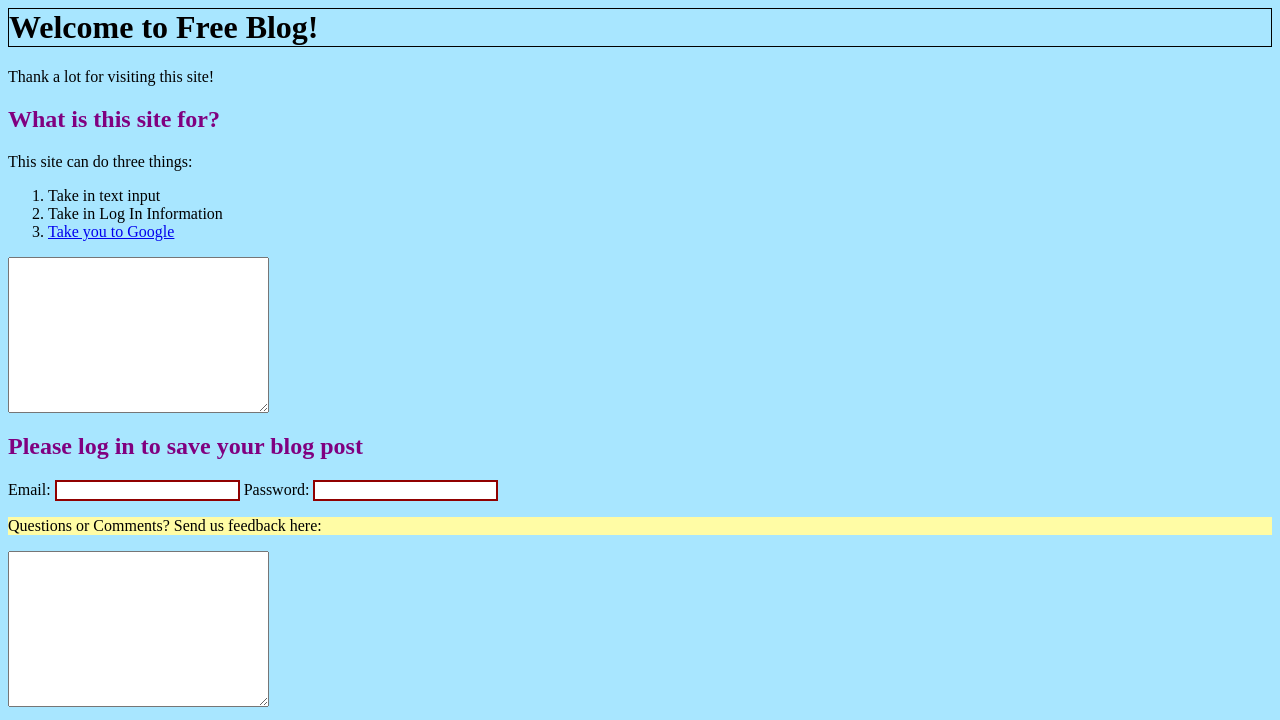
Repository: MonwarAdeeb/Bista_Solutions
Page: HTML & CSS/CSS/Level One/05. Assessment.html
An editor plug-in stored every save of this project. The page is shown before and after the next save, followed by the edit.
The browser window is 1280 px wide. The pictures show the whole page.

Above is the page before, as saved 2021-05-19 21:46:40.

### HTML & CSS/CSS/Level One/05. Assessment.html
<html lang="en">
<head>
    <meta charset="UTF-8">
    <meta http-equiv="X-UA-Compatible" content="IE=edge">
    <meta name="viewport" content="width=device-width, initial-scale=1.0">
    <title>Assessment</title>
    <link rel="stylesheet" href="05. Assessment.css">
</head>
<body>
    <h1>Welcome to Free Blog!</h1>

    <p>Thank a lot for visiting this site!</p>

    <h2>What is this site for?</h2>

    <p>This site can do three things:</p>

    <ol class="list">
        <li>Take in text input</li>
        <li>Take in Log In Information</li>
        <li><a href="www.google.com">Take you to Google</a></li>
    </ol>

    <textarea name="tbox" id="" cols="30" rows="10"></textarea>

    <h2>Please log in to save your blog post</h2>

    <label for="email">Email:</label>
    <input id="email" type="email" name="useremail">
    <label for="password">Password:</label>
    <input type="password" id="password" name="userpass">

    <div class="firstDiv">
        <p></p>
        <p>Questions or Comments? Send us feedback here:</p>
        <textarea id="feedback" cols="30" rows="10"></textarea>

    </div>

</body>
</html>

### HTML & CSS/CSS/Level One/05. Assessment.css
body {
  background-color: #a8e6ff;
}

h1 {
  border: 1px solid black;
}

h2 {
  color: purple;
}

input {
  border: 2px solid rgb(144, 0, 0);
}

div p {
  background: #fffca5;
}

#textblock {
  border: 5px solid gray;
  width: 800px;
  height: 400px;
}

After the next save:
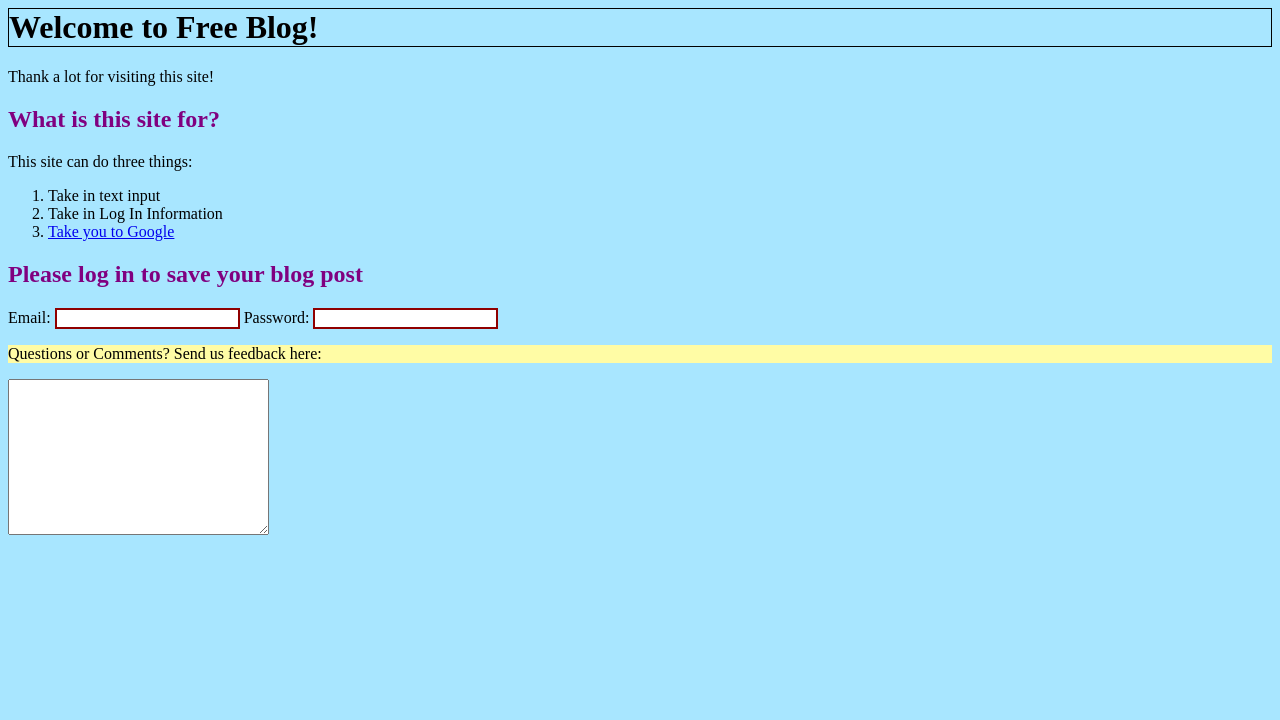
Saved 25 s later.
--- a/HTML & CSS/CSS/Level One/05. Assessment.html
+++ b/HTML & CSS/CSS/Level One/05. Assessment.html
@@ -21,7 +21,7 @@
         <li><a href="www.google.com">Take you to Google</a></li>
     </ol>
 
-    <textarea name="tbox" id="" cols="30" rows="10"></textarea>
+    <textblock name="tbox" id="" cols="30" rows="10"></textblock>
 
     <h2>Please log in to save your blog post</h2>
 

After the 2 saves that followed:
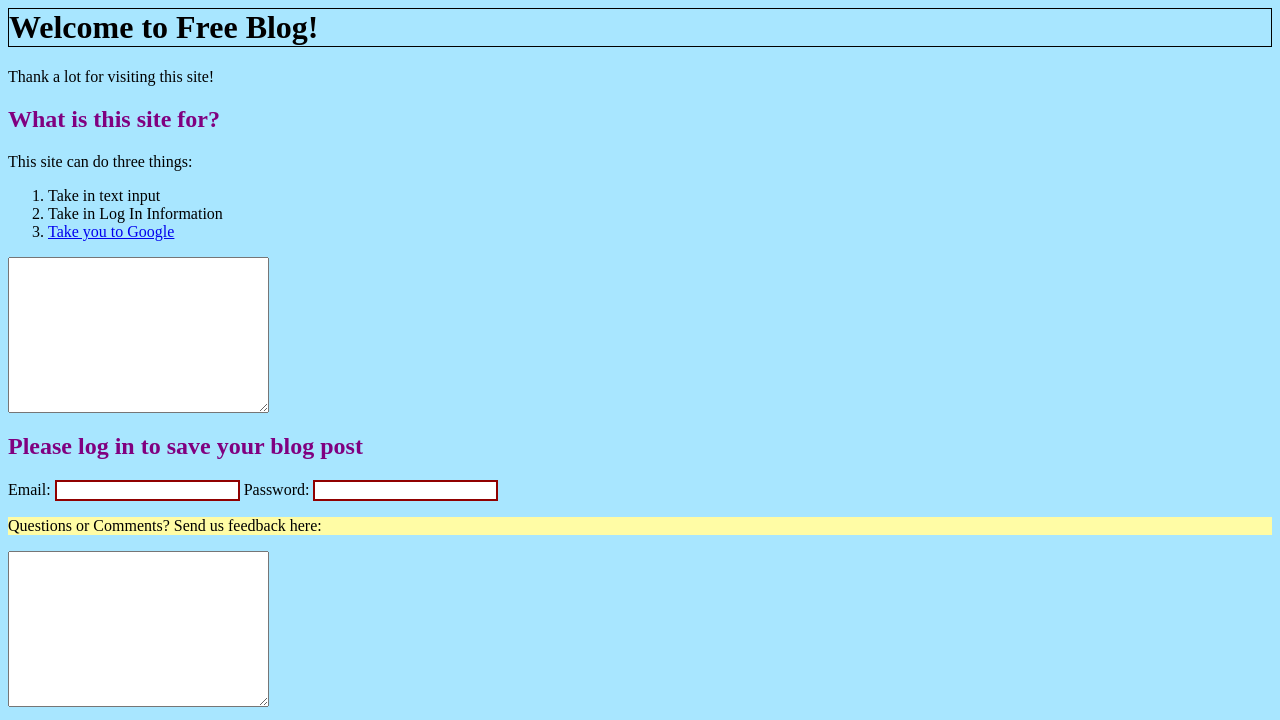
The 2 saves are shown as one change because they came seconds apart.
The last was saved 8 s later.
--- a/HTML & CSS/CSS/Level One/05. Assessment.html
+++ b/HTML & CSS/CSS/Level One/05. Assessment.html
@@ -21,7 +21,7 @@
         <li><a href="www.google.com">Take you to Google</a></li>
     </ol>
 
-    <textblock name="tbox" id="" cols="30" rows="10"></textblock>
+    <textarea name="tbox" id="" cols="30" rows="10"></textarea>
 
     <h2>Please log in to save your blog post</h2>
 
